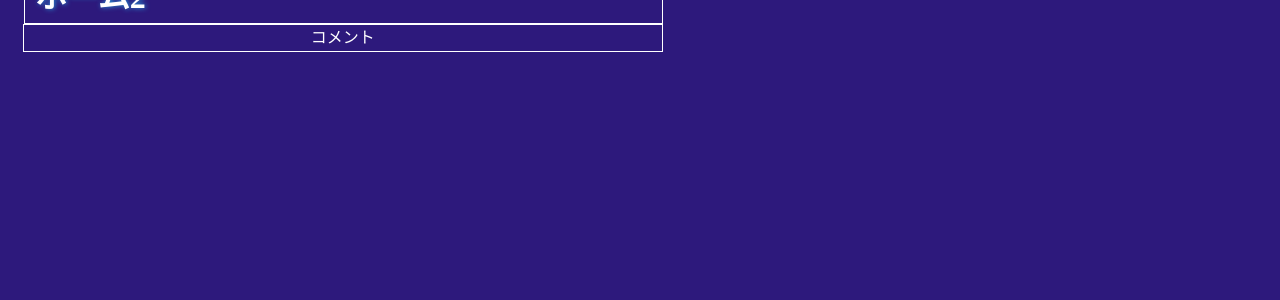
Repository: azuma2/tui2b
Page: http://localhost/come
These files come from the project's save history. The page is drawn as it stood at one moment and after the next save; the edit follows.
The browser window is 1280 px wide. The pictures show the whole page.
The page is served by the project's Laravel application, run on PHP 8.4 with Laravel 8. Other server files are loaded and not shown. Queries for data that is not in the repository find no rows.

Above is the page before, as saved 2022-03-29 02:35:48.

### routes/web.php
<?php

use Illuminate\Support\Facades\Route;
use App\Http\Controllers\Tui2Controller;

Route::get('/', [Tui2Controller::class, 'index']);
Route::post('/tui2/create', [Tui2Controller::class, 'create']);
Route::post('/tui2/update', [Tui2Controller::class, 'update']);
Route::post('/tui2/delete', [Tui2Controller::class, 'remove']);
Route::post('/', [Tui2Controller::class, 'post']);

Route::get('/comment', [Tui2Controller::class, 'index2'])->name('tui2.index2');
Route::get('/comment', [Tui2Controller::class, 'index3']);


Route::get('/come', [Tui2Controller::class, 'index4'])->name('tui2.index4');
Route::get('/come', [Tui2Controller::class, 'index5']);

Route::get('/reply/like/{id}', [RepliesController::class, 'like'])->name('reply.like');
Route::get('/reply/unlike/{id}', [RepliesController::class, 'unlike'])->name('reply.unlike');

### app/Http/Controllers/Tui2Controller.php
<?php

namespace App\Http\Controllers;

use App\Models\Tui2;
use Illuminate\Http\Request;
use Illuminate\Support\Facades\DB;

class Tui2Controller extends Controller
{
    public function index()
    {
        $items = Tui2::all();
        $items = DB::select('select * from tui2s');



        return view('index', ['items' => $items]);
    }

    public function create(Request $request)
    {
        $param = [
            'name' => $request->name,
            'content' => $request->content,


                ];
        $this->validate($request, Tui2::$rules);

        DB::insert('insert into tui2s (name,content) values (:name,:content)', $param);
        return redirect('/');
    }

    public function update(Request $request)
    {
         $param = [
            'id' => $request->id,
            'name' => $request->name,
            'content' => $request->content,

        ];
        $this->validate($request, Tui2::$rules);
        DB::update('update tui2s set name =:name, content =:content where id =:id', $param);
        return redirect('/');
    }

    public function remove(Request $request)
    {
        $param = ['id' => $request->id];
        DB::delete('delete from tui2s where id =:id', $param);
        return redirect('/');
    }




    public function index2()
    {
        //表示させたいviewを指定させる
        return view('comment', ['items' => $items]);
    }

        public function index3()
    {
        $items = Tui2::all();
        $items = DB::select('select * from tui2s');

        return view('comment', ['items' => $items]);
    }

    public function index4()
    {
        //表示させたいviewを指定させる
        return view('come', ['items' => $items]);
    }
    public function index5()
    {
        $items = Tui2::all();
        $items = DB::select('select * from tui2s');

        return view('come', ['items' => $items]);
    }



}

### app/Models/Tui2.php
<?php

namespace App\Models;

use App\Models\Tui2;
use Illuminate\Database\Eloquent\Factories\HasFactory;
use Illuminate\Database\Eloquent\Model;

class Tui2 extends Model

{
        use HasFactory;

    protected $fillable = ['content'];

    public static $rules = array(
        'content' => 'required|max:20',
    );






}

### resources/views/come.blade.php

<!DOCTYPE html>
<html lang="ja">
<head>
    <meta charset="UTF-8">
    <meta http-equiv="X-UA-Compatible" content="IE=edge">
    <meta name="viewport" content="width=device-width, initial-scale=1.0">
    <link rel="stylesheet" href="{{ asset('\resources\views\layouts\reset.css') }}" >
    <title>コメント画面</title>
    <style>
    body {
      font-size:16px;
      margin: 5px;
      background-color: #2d197c;
    }


        td {
      padding: 5px 10px;
      text-align: center;


    }


    tr{
      border: solid;border-color: #fff;
      border-width: 1px;
    }



    table{
    border-collapse: collapse;
    }

    .kakomi{
      border: solid;
    }

    .icon{
        height: 25px;
      width: 25px;
}

    .narabe{
      display:flex;
        flex-flow: column;
    }

    .button {
    background-image:url(/../img/cross.png);
    background-size: 25px;
       height: 25px;
      width: 25px;
    cursor: pointer;
    transition: 0.4s;
    outline: none;
    border: none;
    background-color: transparent;
}


    .card {
    width: 50vw;
    padding: 10px;
    position: absolute;
    top: -40px;
    left: 1%;

    border-radius: 10px;

}
    h1 {
      font-size:32px;
      color:white;
      text-shadow:1px 0 5px #289ADC;
      margin-left: 1px;


    }

    .title{
          border: solid;border-color: #fff;
          border-width: 1px;
          padding: 10px;

    }
    .content {
      margin:10px;
    }

    .bgazou{
      background-image: url(img/detail.png);
    }

    p{

color: #fff;

    }

    .comment{
      text-align: left;
    }
    .name{
font-size:28px;
     display: inline;
    }

    .daiji{
      align-items: center;

    }


    </style>
  </head>
  <body>
  <div class="container">
    <div class="card">
      <h1 class="title">ホーム2</h1>
            <div class="tui2">
              @if ($errors->has('content'))
                  <tr>
                    <th>ERROR</th>
                  <td>
                  {{$errors->first('content')}}
                </td>
            </tr>
          @endif




          <div class="narabe">
        <table>
            @csrf


                    <tr>
            @foreach ($items as $item)
            <td>

<p class="comment">{{$item->name}}</p>
            </td>

<div></div>

            <form action="/tui2/update" method="post">
              @csrf

              <td>
                <p class="name"></p>
                <img class="icon" src="/../img/heart.png">
              </td>
                          <td>
                            </form>
              <form action="/tui2/delete" method="post" >
                    @csrf
                <input  type="hidden" name="id" value="{{$item->id}}" >
                <input class="button" type="submit" value="" >
              </form>
            </td>
            <td>
              <a href="{{ url('index') }}"><img class="icon" src="/../img/feather.png"></a>
            </td>
              <td>

                <p class="comment">{{$item->content}}</p>
              </td>



          </tr>
          @endforeach

<tr>
  <td colspan="5">
    <p class="daiji">コメント</p>
  </td>

</tr>

                  </table>
</div>
      </div>
    </div>

  </div>

  </div>



</body>
</html>

### resources/views/layouts/reset.css
/*
html5doctor.com Reset Stylesheet
v1.6.1
Last Updated: 2010-09-17
Todo: Richard Clark - http://richclarkdesign.com
Twitter: @rich_clark
*/

html, body, div, span, object, iframe,
h1, h2, h3, h4, h5, h6, p, blockquote, pre,
abbr, address, cite, code,
del, dfn, em, img, ins, kbd, q, samp,
small, strong, sub, sup, var,
b, i,
dl, dt, dd, ol, ul, li,
fieldset, form, label, legend,
table, caption, tbody, tfoot, thead, tr, th, td,
article, aside, canvas, details, figcaption, figure,
footer, header, hgroup, menu, nav, section, summary,
time, mark, audio, video {
    margin:0;
    padding:0;
    border:0;
    outline:0;
    font-size:100%;
    vertical-align:baseline;
    background:transparent;
}

body {
    line-height:1;
}

article,aside,details,figcaption,figure,
footer,header,hgroup,menu,nav,section {
    display:block;
}

nav ul {
    list-style:none;
}

blockquote, q {
    quotes:none;
}

blockquote:before, blockquote:after,
q:before, q:after {
    content:'';
    content:none;
}

a {
    margin:0;
    padding:0;
    font-size:100%;
    vertical-align:baseline;
    background:transparent;
}

/* change colours to suit your needs */
ins {
    background-color:#ff9;
    color:#000;
    text-decoration:none;
}

/* change colours to suit your needs */
mark {
    background-color:#ff9;
    color:#000;
    font-style:italic;
    font-weight:bold;
}

del {
    text-decoration: line-through;
}

abbr[title], dfn[title] {
    border-bottom:1px dotted;
    cursor:help;
}

table {
    border-collapse:collapse;
    border-spacing:0;
}

/* change border colour to suit your needs */
hr {
    display:block;
    height:1px;
    border:0;
    border-top:1px solid #cccccc;
    margin:1em 0;
    padding:0;
}

input, select {
    vertical-align:middle;
}

Loaded but not shown: app/Http/Controllers/Controller.php (common file)

After the next save:
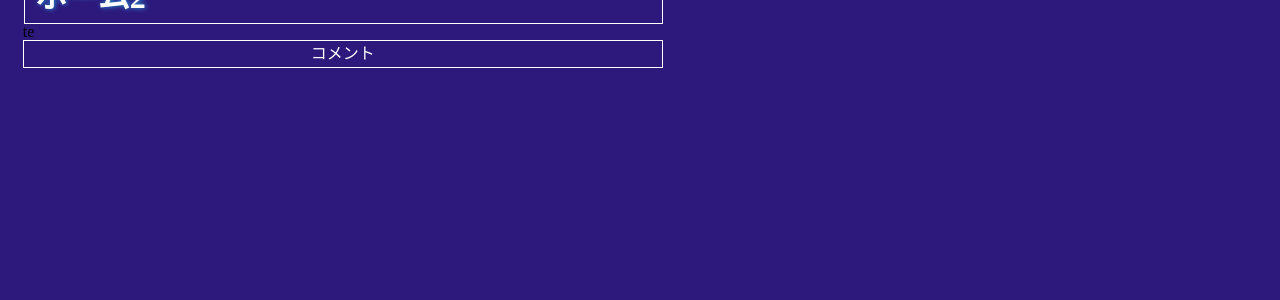
Saved 4 s later.
--- a/resources/views/come.blade.php
+++ b/resources/views/come.blade.php
@@ -179,7 +179,7 @@ font-size:28px;
   <td colspan="5">
     <p class="daiji">コメント</p>
   </td>
-
+  te
 </tr>
 
                   </table>
